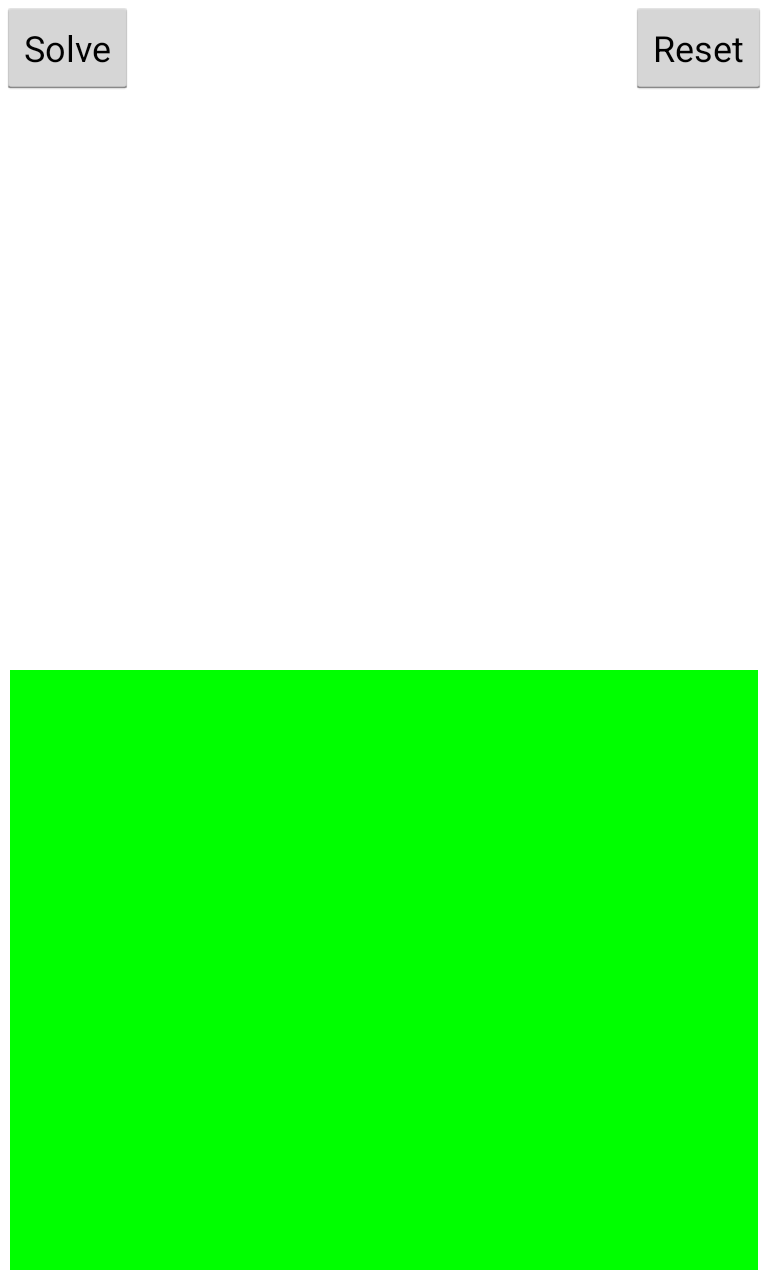
Repository: gyshankar/android
Layout: Test4/res/layout/activity_main.xml
An editor plug-in stored every save of this project. The layout is shown before and after the next save, followed by the edit.
It is drawn on a 768 x 1280 px phone screen (xhdpi) without system bars, with theme AppTheme; the app's code is not run. Lists and similar views that code fills are empty.

Above is the layout before, as saved 2014-04-21 04:43:26.

After the next save:
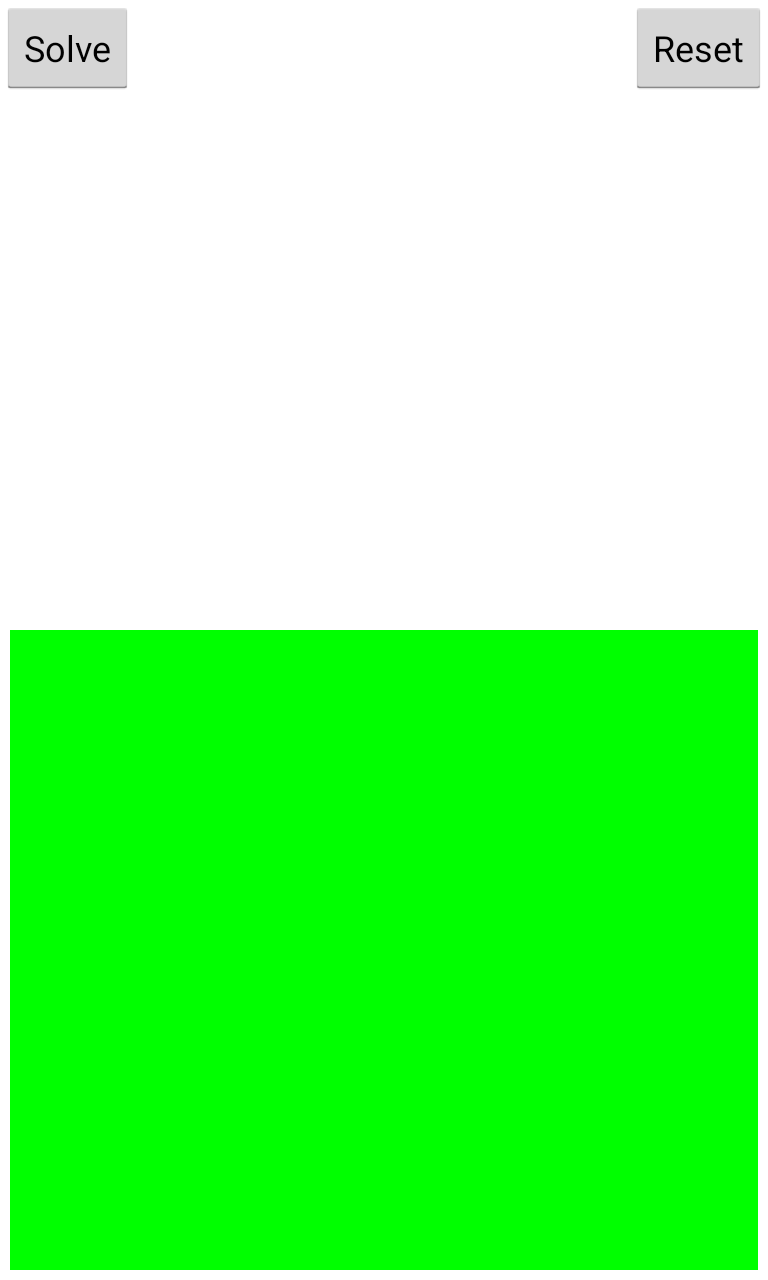
Saved 100 s later.
--- a/Test4/res/layout/activity_main.xml
+++ b/Test4/res/layout/activity_main.xml
@@ -24,7 +24,7 @@
 	<GridView
 	    android:id="@+id/gridView1"
 	    android:layout_width="fill_parent"
-	    android:layout_height="300dp"
+	    android:layout_height="320dp"
 	    android:layout_alignParentBottom="true"
 	    android:layout_centerHorizontal="true"
 	    android:layout_margin="5dp"
